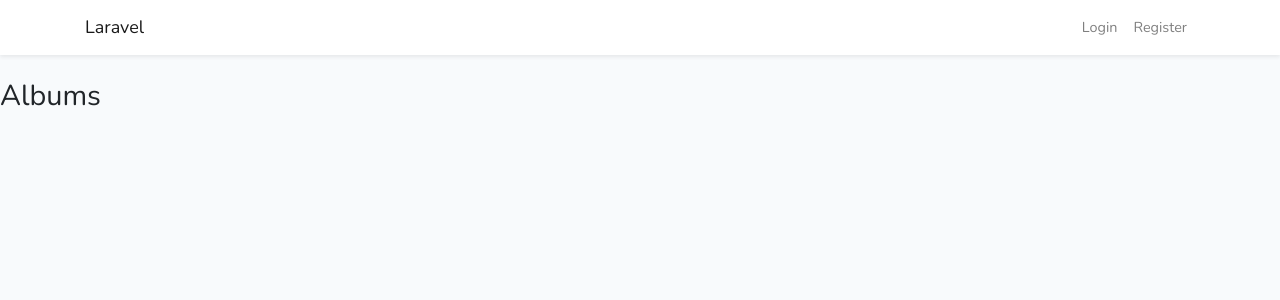
Repository: mohamedelbadawi/Simple-galley-using-laravel
Page: http://localhost/admin/albums/create
The author's editor kept a copy of each file at every save. The page is drawn from the files as they stood at one save, then again after the next save.
The browser window is 1280 px wide. The pictures show the whole page.
The page is served by the project's Laravel application, run on PHP 8.4 with Laravel 8. Other server files are loaded and not shown.

Above is the page before, as saved 2021-08-31 09:35:16.

### Gallery/routes/web.php
<?php

use App\Http\Controllers\AlbumsController;
use Illuminate\Support\Facades\Auth;
use Illuminate\Support\Facades\Route;

/*
|--------------------------------------------------------------------------
| Web Routes
|--------------------------------------------------------------------------
|
| Here is where you can register web routes for your application. These
| routes are loaded by the RouteServiceProvider within a group which
| contains the "web" middleware group. Now create something great!
|
 */

Route::get('/', function () {
    return view('gallery/index');
});

Route::get('/home', function () {
    return view('gallery/index');
});

Route::get('/index', function () {
    return view('gallery/index');
})->name('index');

Route::get('/gallery', function () {
    return view('gallery/gallery');
})->name('gallery');

Route::get('/about', function () {
    return view('gallery/about');
})->name('about');

Route::get('/contact', function () {
    return view('gallery/contact');
})->name('contact');
Route::get('/blog', function () {
    return view('gallery/blog');
})->name('blog');

Route::prefix('admin')->group(function () {
    Auth::routes();
    Route::get('/dashboard', function () {
        return view('admin/dashboard');
    });
    Route::get('/albums/create',[AlbumsController::class,'create']);


});
Route::get('/admin', function () {
    return view('admin.Dashboard');
})->middleware('auth');

### Gallery/app/Http/Controllers/AlbumsController.php
<?php

namespace App\Http\Controllers;

class AlbumsController extends Controller
{
    public function index()
    {

    }

    public function create()
    {

        return view('admin.albums.create');
    }

}

### Gallery/resources/views/admin/albums/create.blade.php
@extends('layouts.app')
@section('content')
    <h2>Albums</h2>
@endsection

Loaded but not shown: Gallery/app/Http/Controllers/Auth/ConfirmPasswordController.php (common file); Gallery/app/Http/Controllers/Controller.php (common file); Gallery/resources/views/layouts/app.blade.php (common file); Gallery/public/css/app.css (library)

After the next save:
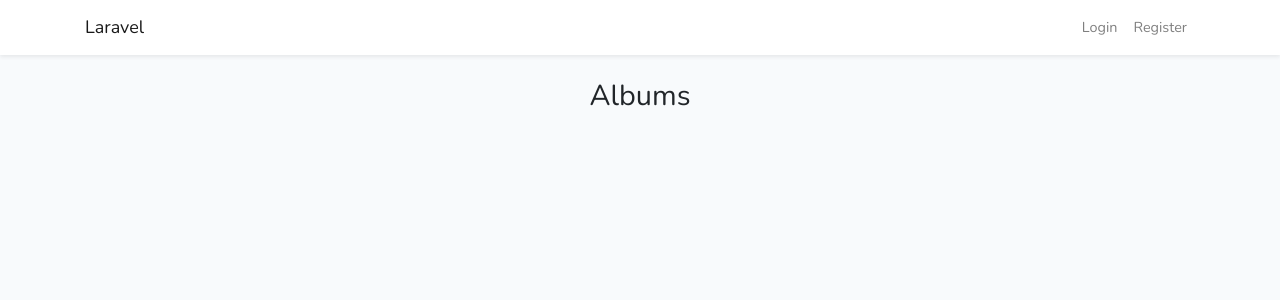
Saved 11 s later.
--- a/Gallery/resources/views/admin/albums/create.blade.php
+++ b/Gallery/resources/views/admin/albums/create.blade.php
@@ -1,4 +1,4 @@
 @extends('layouts.app')
 @section('content')
-    <h2>Albums</h2>
+    <h2 class="text-center">Albums</h2>
 @endsection
